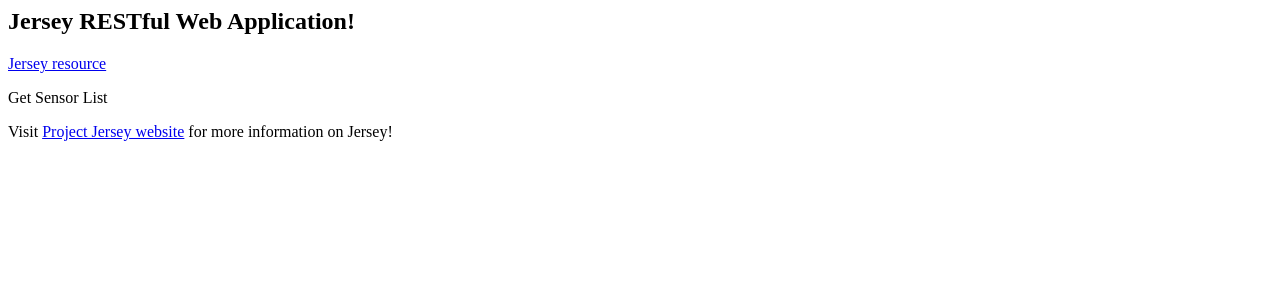
Repository: code-eshan/sensor_web_client
Page: http://localhost/sensorRest/
The author's editor kept a copy of each file at every save. The page is drawn from the files as they stood at one save, then again after the next save.
The browser window is 1280 px wide. The pictures show the whole page.
The page is served by Tomcat 9.

Above is the page before, as saved 2020-04-24 11:57:12.

After the next save:
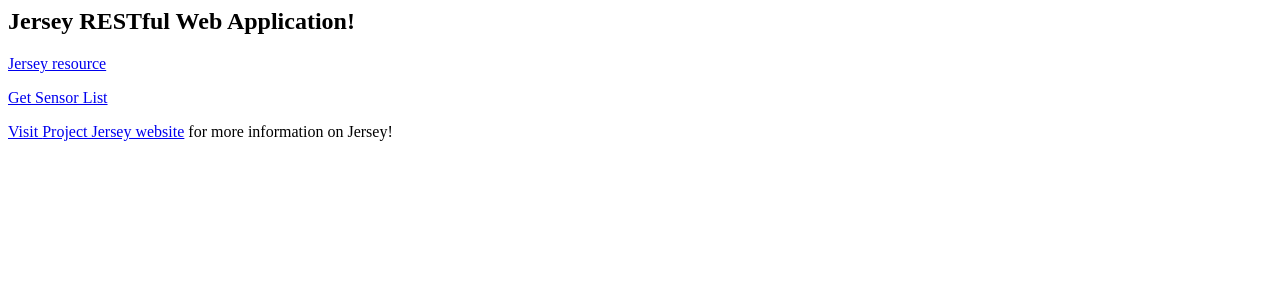
Saved 88 s later.
--- a/sensorRest/src/main/webapp/index.jsp
+++ b/sensorRest/src/main/webapp/index.jsp
@@ -2,7 +2,7 @@
 <body>
     <h2>Jersey RESTful Web Application!</h2>
     <p><a href="webapi/myresource">Jersey resource</a>
-    <p>Get Sensor List</p>
+    <p><a href="webapi/sensor/sensors">Get Sensor List</p>
     <p>Visit <a href="http://jersey.java.net">Project Jersey website</a>
     for more information on Jersey!
 </body>
